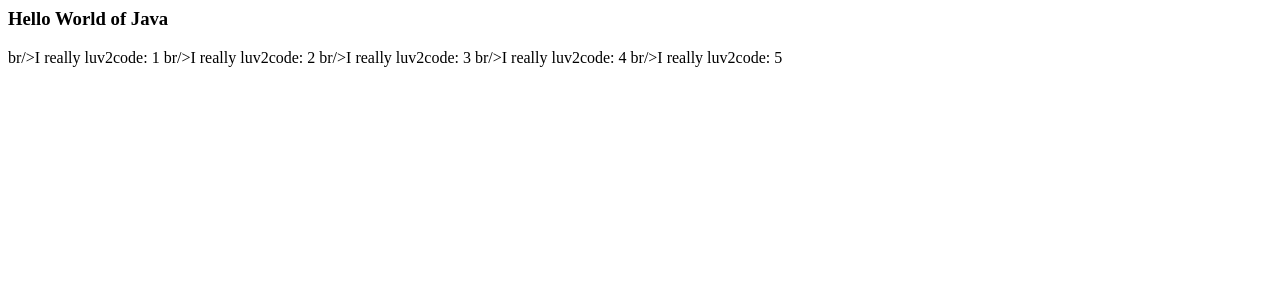
Repository: max-denny/java_db_app
Page: http://localhost/db_app_tutorial_java/scriptlet-test.jsp
These files come from the project's save history. The page is drawn as it stood at one moment and after the next save; the edit follows.
The browser window is 1280 px wide. The pictures show the whole page.
The page is served by Tomcat 9. Other server files are loaded and not shown.

Above is the page before, as saved 2018-08-27 07:16:03.

### db_app_tutorial_java/WebContent/scriptlet-test.jsp
<html>

<body>

<h3>Hello World of Java</h3>

<%

	for (int i =1; i <= 5; i++){
		out.println("br/>I really luv2code: " + i);
	}

%>

</body>
</html>

After the next save:
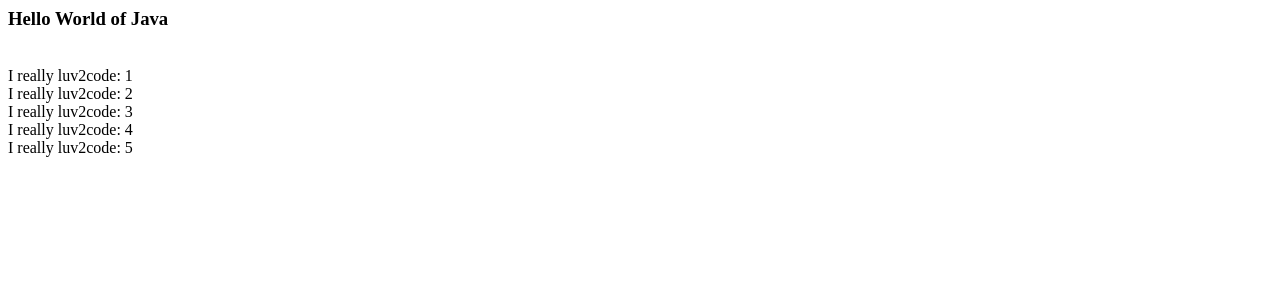
Saved 23 s later.
--- a/db_app_tutorial_java/WebContent/scriptlet-test.jsp
+++ b/db_app_tutorial_java/WebContent/scriptlet-test.jsp
@@ -7,7 +7,7 @@
 <%
 
 	for (int i =1; i <= 5; i++){
-		out.println("br/>I really luv2code: " + i);
+		out.println("<br/>I really luv2code: " + i);
 	}
 
 %>
